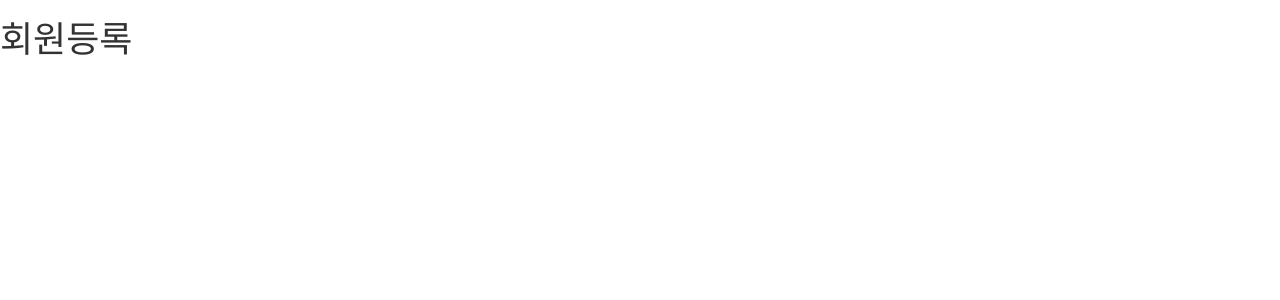
Repository: juhee1020/studying
Page: http://localhost/jsp02_database/jsp01_connect/jsp03_insertForm.jsp
The author's editor kept a copy of each file at every save. The page is drawn from the files as they stood at one save, then again after the next save.
The browser window is 1280 px wide. The pictures show the whole page.
The page is served by Tomcat 9.

Above is the page before, as saved 2022-12-15 04:20:19.

After the next save:
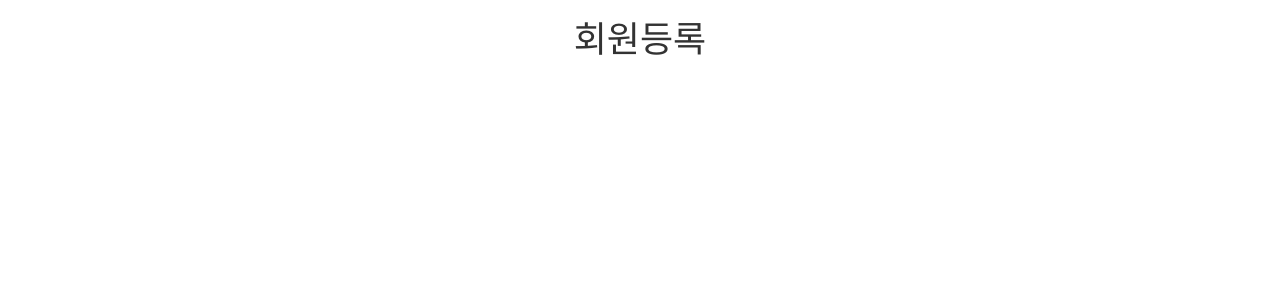
Saved 37 min 29 s later.
--- a/JSP/jsp02_database/WebContent/jsp01_connect/jsp03_insertForm.jsp
+++ b/JSP/jsp02_database/WebContent/jsp01_connect/jsp03_insertForm.jsp
@@ -1,15 +1,17 @@
 <%@page language="java" contentType="text/html; charset=UTF-8" pageEncoding="UTF-8"%>
-<%@taglib prefix="c" uri="http://java.sun.com/jsp/jstl/core" %>
+<%@taglib prefix="c" uri="http://java.sun.com/jsp/jstl/core"%>
 <!DOCTYPE html>
 <html>
 <head>
-<meta charset="UTF-8">
-<meta name="viewport" content="width=device-width, initial-scale=1, minimum-scale=1, maximum-scale=1">
-<link rel="stylesheet" href="https://maxcdn.bootstrapcdn.com/bootstrap/3.4.1/css/bootstrap.min.css">
-<script src="https://ajax.googleapis.com/ajax/libs/jquery/3.6.0/jquery.min.js"></script>
-<script src="https://maxcdn.bootstrapcdn.com/bootstrap/3.4.1/js/bootstrap.min.js"></script>
+    <meta charset="UTF-8">
+	<meta name="viewport" content="width=device-width, initial-scale=1, minimum-scale=1, maximum-scale=1">
+  	<link rel="stylesheet" href="https://maxcdn.bootstrapcdn.com/bootstrap/3.4.1/css/bootstrap.min.css">
+  	<script src="https://ajax.googleapis.com/ajax/libs/jquery/3.6.0/jquery.min.js"></script>
+  	<script src="https://maxcdn.bootstrapcdn.com/bootstrap/3.4.1/js/bootstrap.min.js"></script>
 </head>
 <body>
-	<h1>회원등록</h1>
+	<div class="container" align="center">
+		<h1>회원등록</h1>
+	</div>
 </body>
 </html>
